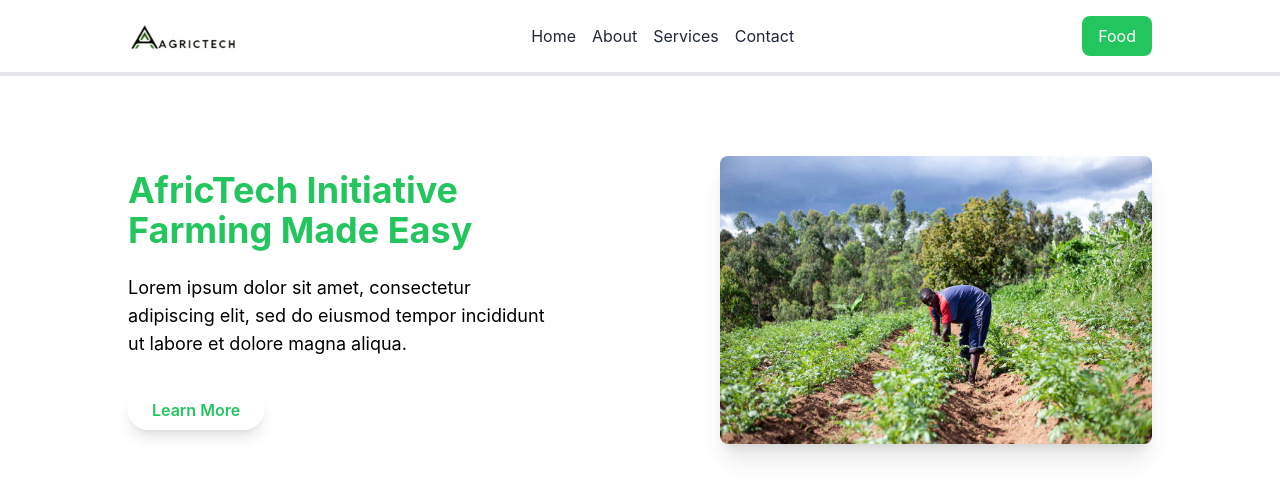
Repository: akinolapo/agric-tech
Page: /
The author's editor kept a copy of each file at every save. The page is drawn from the files as they stood at one save, then again after the next save.
The browser window is 1280 px wide. The pictures show the whole page.
The project was rebuilt for these pictures with package versions that can differ from the ones it lists, and the page was loaded fresh each time.

Above is the page before, as saved 2023-05-27 00:20:08.

After the next save:
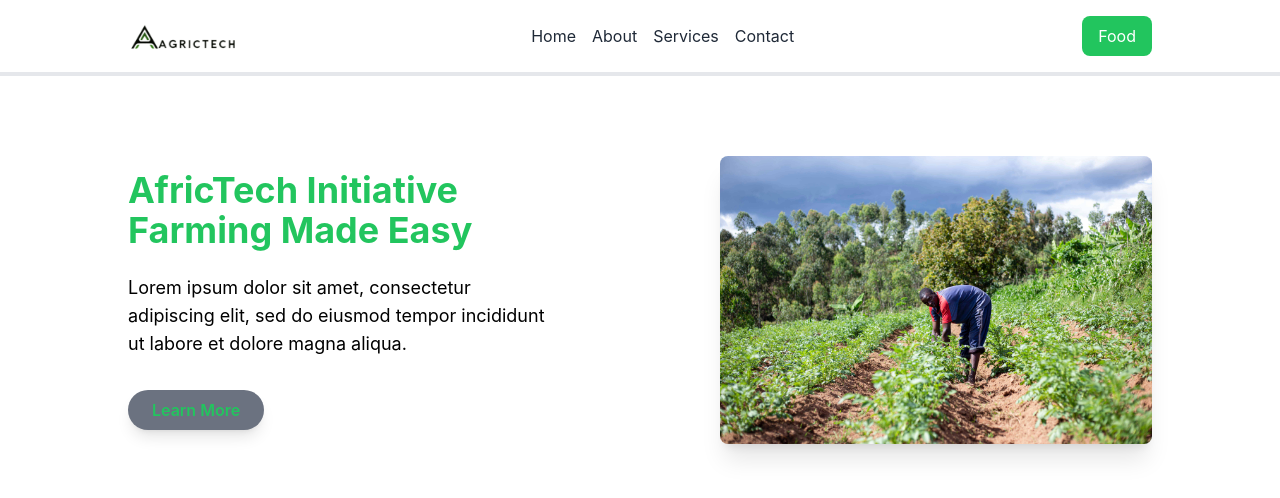
Saved 6 s later.
--- a/src/components/Hero.jsx
+++ b/src/components/Hero.jsx
@@ -7,7 +7,7 @@
         <div className="lg:w-1/2">
           <h1 className="text-4xl font-bold mb-6 text-green-500">AfricTech Initiative <br></br> Farming Made Easy</h1>
           <p className="text-lg mb-8">Lorem ipsum dolor sit amet, consectetur adipiscing elit, sed do eiusmod tempor incididunt ut labore et dolore magna aliqua.</p>
-          <button className="bg-grey-500 text-green-500 py-2 px-6 rounded-full font-semibold shadow-lg hover:shadow-xl transition duration-300">Learn More</button>
+          <button className="bg-gray-500 text-green-500 py-2 px-6 rounded-full font-semibold shadow-lg hover:shadow-xl transition duration-300">Learn More</button>
         </div>
         <div className="lg:w-1/2">
           <img src={process.env.PUBLIC_URL+`media/hero.jpg`}alt="Agriculture" className="rounded-lg shadow-xl" />

After the save that followed:
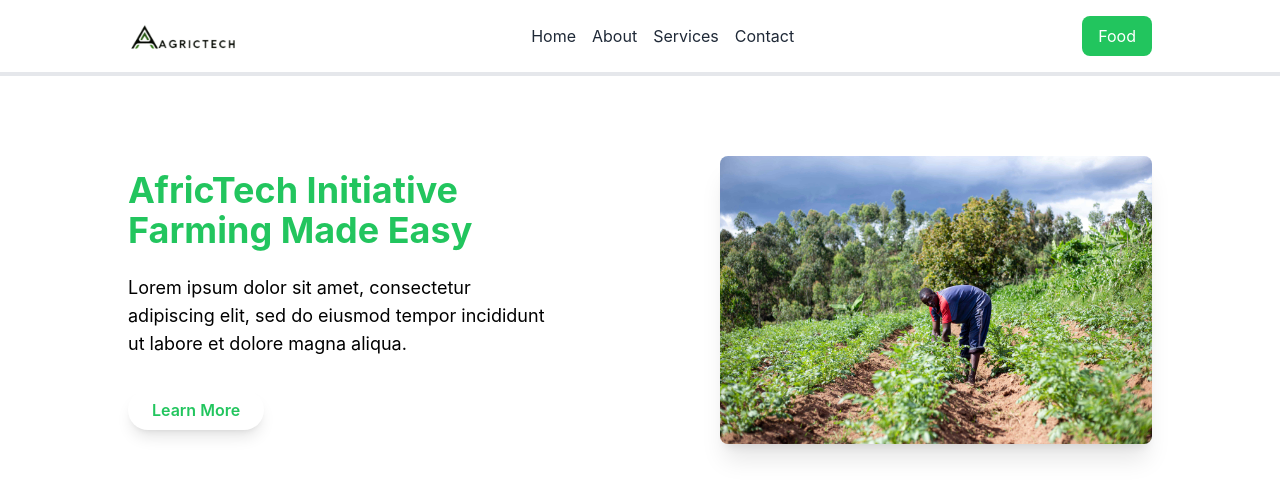
Saved 12 s later.
--- a/src/components/Hero.jsx
+++ b/src/components/Hero.jsx
@@ -7,7 +7,7 @@
         <div className="lg:w-1/2">
           <h1 className="text-4xl font-bold mb-6 text-green-500">AfricTech Initiative <br></br> Farming Made Easy</h1>
           <p className="text-lg mb-8">Lorem ipsum dolor sit amet, consectetur adipiscing elit, sed do eiusmod tempor incididunt ut labore et dolore magna aliqua.</p>
-          <button className="bg-gray-500 text-green-500 py-2 px-6 rounded-full font-semibold shadow-lg hover:shadow-xl transition duration-300">Learn More</button>
+          <button className="bg-white text-green-500 py-2 px-6 rounded-full font-semibold shadow-lg hover:shadow-xl transition duration-300">Learn More</button>
         </div>
         <div className="lg:w-1/2">
           <img src={process.env.PUBLIC_URL+`media/hero.jpg`}alt="Agriculture" className="rounded-lg shadow-xl" />
